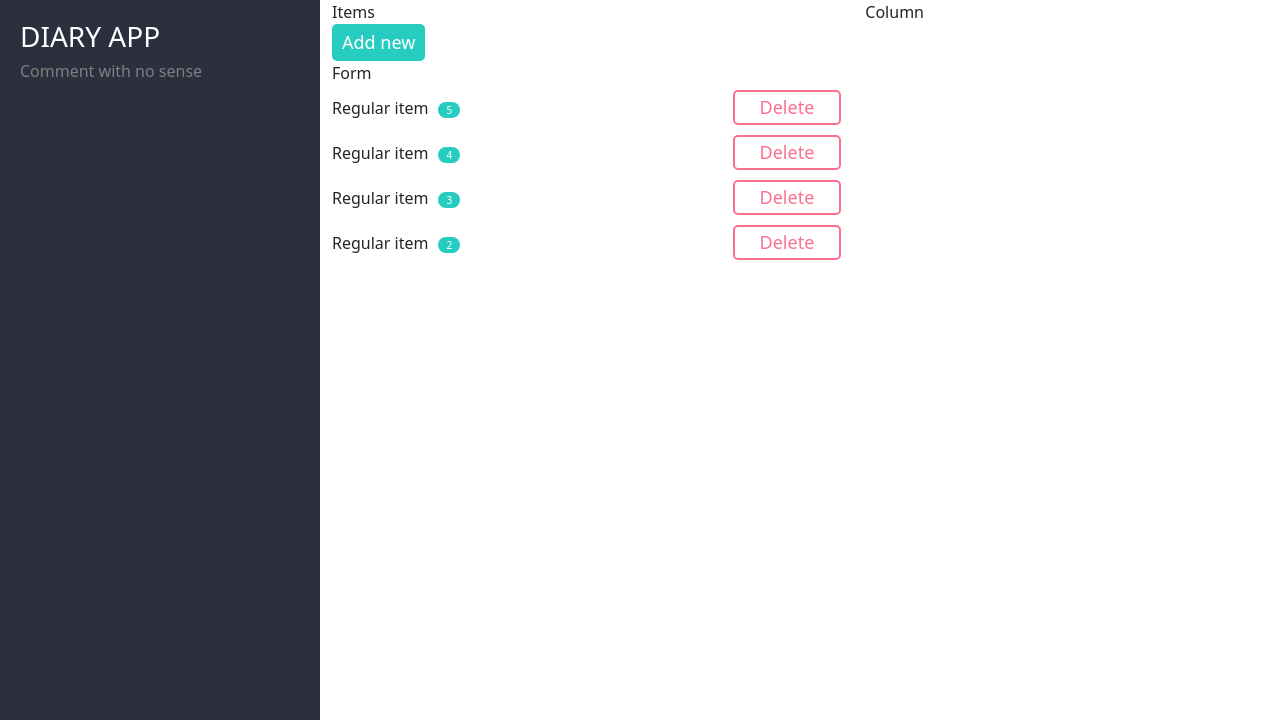
Repository: tsydikov/diary
Page: /
An editor plug-in stored every save of this project. The page is shown before and after a run of saves, followed by the edit.
The browser window is 1280 px wide. The pictures show the whole page.
The project was rebuilt for these pictures with package versions that can differ from the ones it lists, and the page was loaded fresh each time.

Above is the page before, as saved 2021-09-10 20:10:54.

After the next 3 saves:
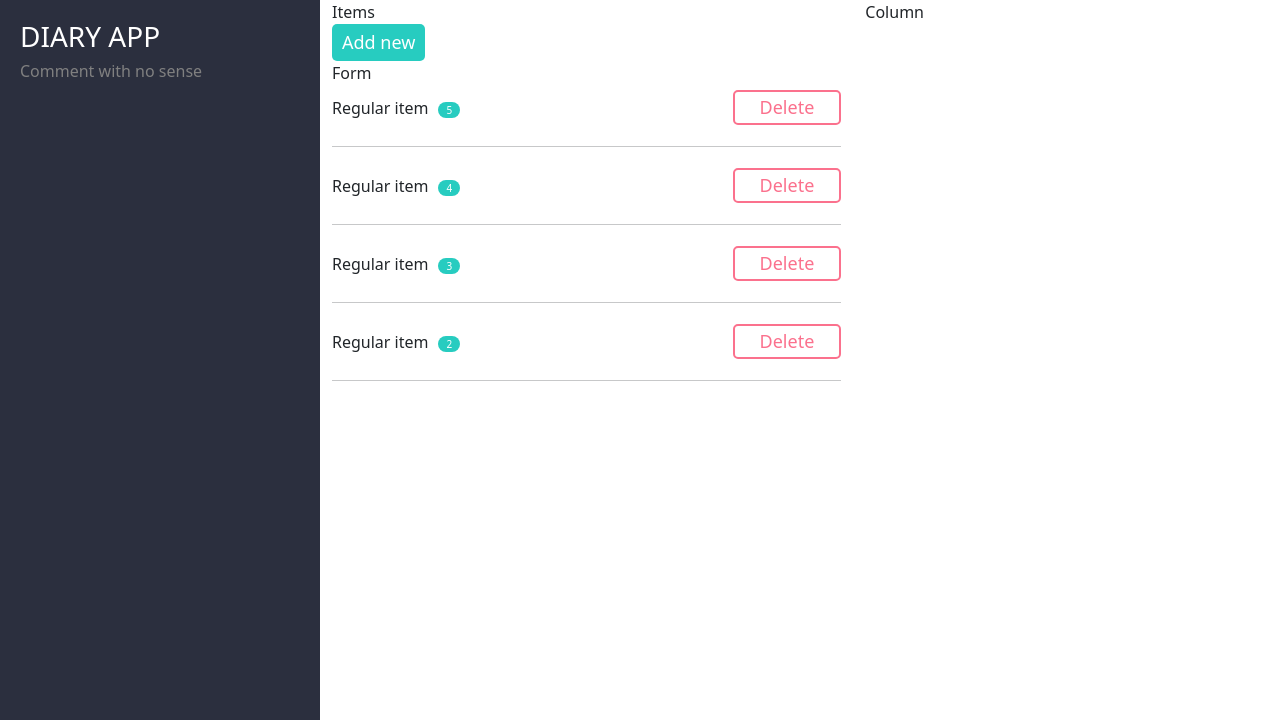
The 3 saves are shown as one change because 2 did not build or start.
The last was saved 81 s later.
--- a/src/App.js
+++ b/src/App.js
@@ -22,7 +22,10 @@ function App() {
           Items
           <div><Button>Add new</Button></div>Form
          {items.map(item =>
+         <div>
           <Item item={item} />
+          <hr/>
+          </div>
           )}
         </div>
         <div class="col-4">
